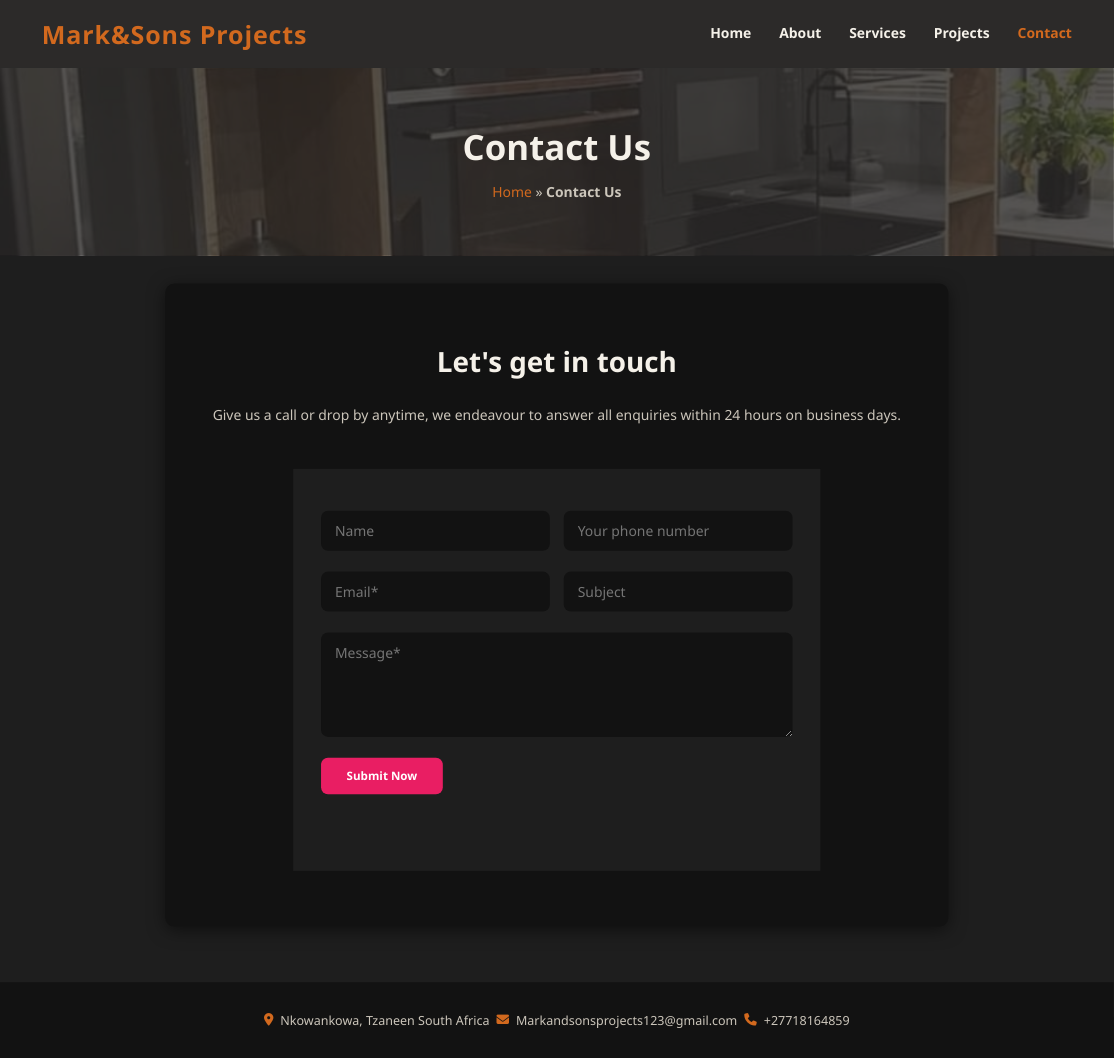
Repository: VallowEvido/Mark-SonsProjects
Page: contact.html
These files come from the project's save history. The page is drawn as it stood at one moment and after the next save; the edit follows.
The browser window is 1280 px wide. The pictures show the whole page, at 87% of full size.

Above is the page before, as saved 2025-07-20 19:59:47.
Console error: ReferenceError: emailjs is not defined

After the next save:
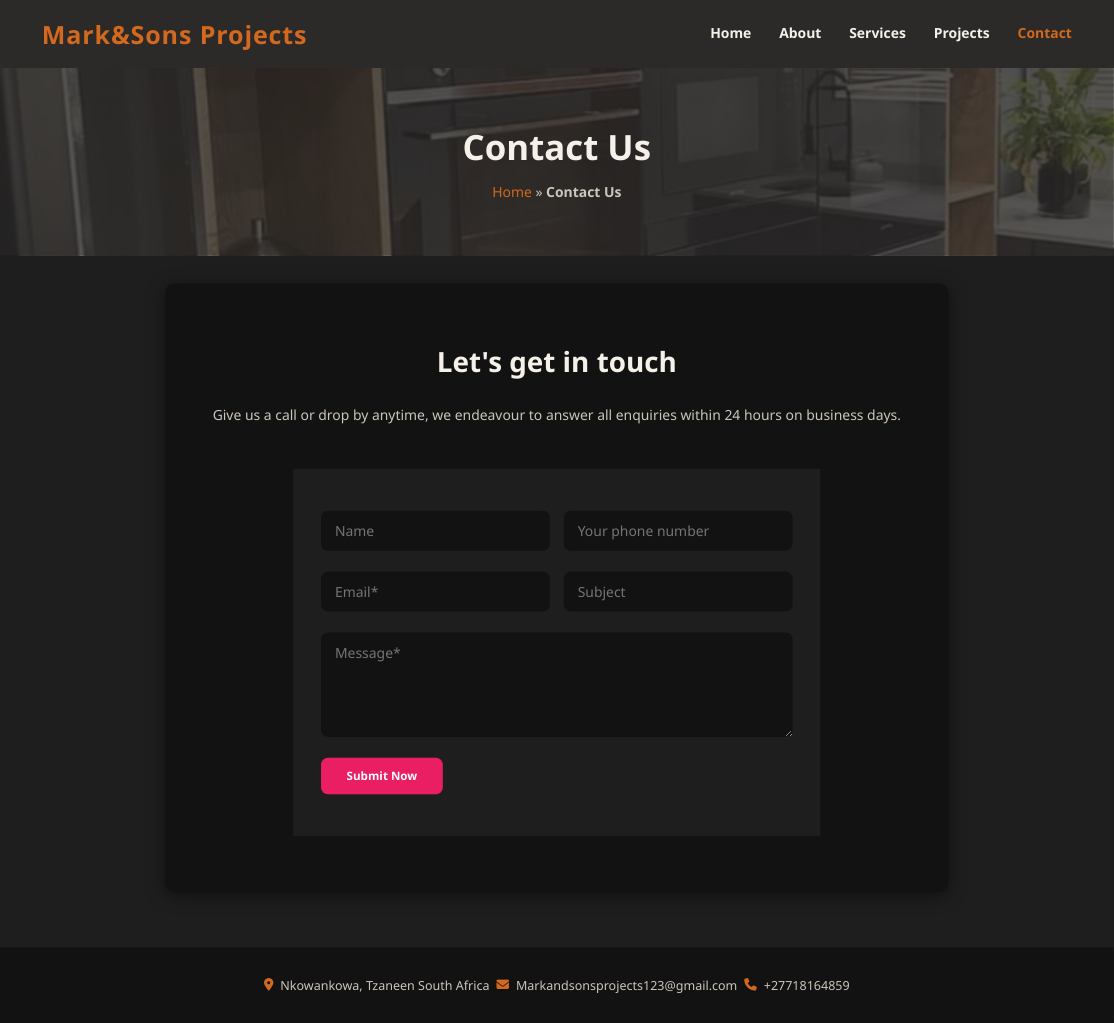
The error is gone.
Saved 2 h 23 min later.
--- a/contact.html
+++ b/contact.html
@@ -29,20 +29,19 @@
   <section class="contact-main">
     <h2>Let's get in touch</h2>
     <p>Give us a call or drop by anytime, we endeavour to answer all enquiries within 24 hours on business days.</p>
-    <form class="contact-form" id="contactForm">
+    <form class="contact-form">
       <div class="form-row">
-        <input type="text" name="name" id="name" placeholder="Name" />
-        <input type="text" name="phone" id="phone" placeholder="Your phone number" />
+        <input type="text" name="name" placeholder="Name" />
+        <input type="text" name="phone" placeholder="Your phone number" />
       </div>
       <div class="form-row">
-        <input type="email" name="email" id="email" placeholder="Email*" required />
-        <input type="text" name="subject" id="subject" placeholder="Subject" />
+        <input type="email" name="email" placeholder="Email*" required />
+        <input type="text" name="subject" placeholder="Subject" />
       </div>
       <div class="form-row">
-        <textarea name="message" id="message" placeholder="Message*" required></textarea>
+        <textarea name="message" placeholder="Message*" required></textarea>
       </div>
       <button type="submit" class="btn btn-pink">Submit Now</button>
-      <div id="formMessage" style="margin-top: 1rem; font-weight: 600;"></div>
     </form>
   </section>
 
@@ -53,58 +52,5 @@
       <div><i class="fas fa-phone"></i> +27718164859</div>
     </div>
   </footer>
-
-  <script src="https://cdn.jsdelivr.net/npm/emailjs-com@3/dist/email.min.js"></script>
-  <script>
-    (function() {
-      emailjs.init("YOUR_EMAILJS_USER_ID"); // Replace with your EmailJS user ID
-
-      const form = document.getElementById('contactForm');
-      const formMessage = document.getElementById('formMessage');
-
-      form.addEventListener('submit', function(event) {
-        event.preventDefault();
-
-        // Basic validation
-        const name = form.name.value.trim();
-        const email = form.email.value.trim();
-        const message = form.message.value.trim();
-
-        if (!name || !email || !message) {
-          formMessage.style.color = 'red';
-          formMessage.textContent = 'Please fill in all required fields.';
-          return;
-        }
-
-        // Email format validation
-        const emailPattern = /^[^\s@]+@[^\s@]+\.[^\s@]+$/;
-        if (!emailPattern.test(email)) {
-          formMessage.style.color = 'red';
-          formMessage.textContent = 'Please enter a valid email address.';
-          return;
-        }
-
-        // Prepare the email params
-        const templateParams = {
-          from_name: name,
-          from_email: email,
-          phone: form.phone.value.trim(),
-          subject: form.subject.value.trim(),
-          message: message
-        };
-
-        // Send email using EmailJS
-        emailjs.send('YOUR_SERVICE_ID', 'YOUR_TEMPLATE_ID', templateParams)
-          .then(function(response) {
-            formMessage.style.color = 'green';
-            formMessage.textContent = 'Message sent successfully!';
-            form.reset();
-          }, function(error) {
-            formMessage.style.color = 'red';
-            formMessage.textContent = 'Failed to send message. Please try again later.';
-          });
-      });
-    })();
-  </script>
 </body>
 </html>
